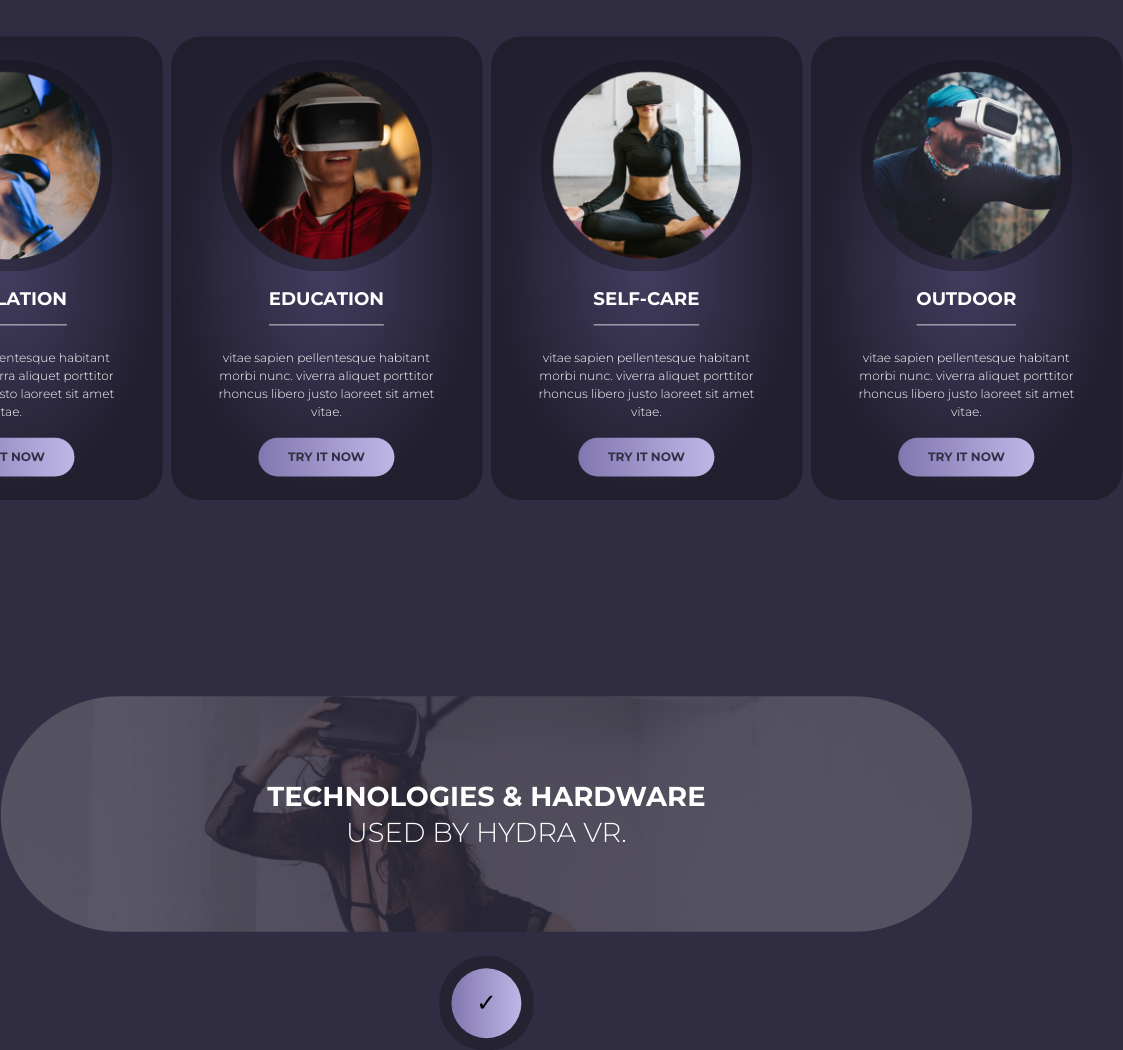
Repository: xMargi/Hydra-LandingPage
Page: index.html
An editor plug-in stored every save of this project. The page is shown before and after a run of saves, followed by the edit.
The browser window is 1280 px wide. The page is 1477 px wide, so the pictures cover 1477 px, including what lies to the right of the window. The pictures show the whole page, at 76% of full size.

Above is the page before, as saved 2023-06-07 21:14:24.

After the next 5 saves:
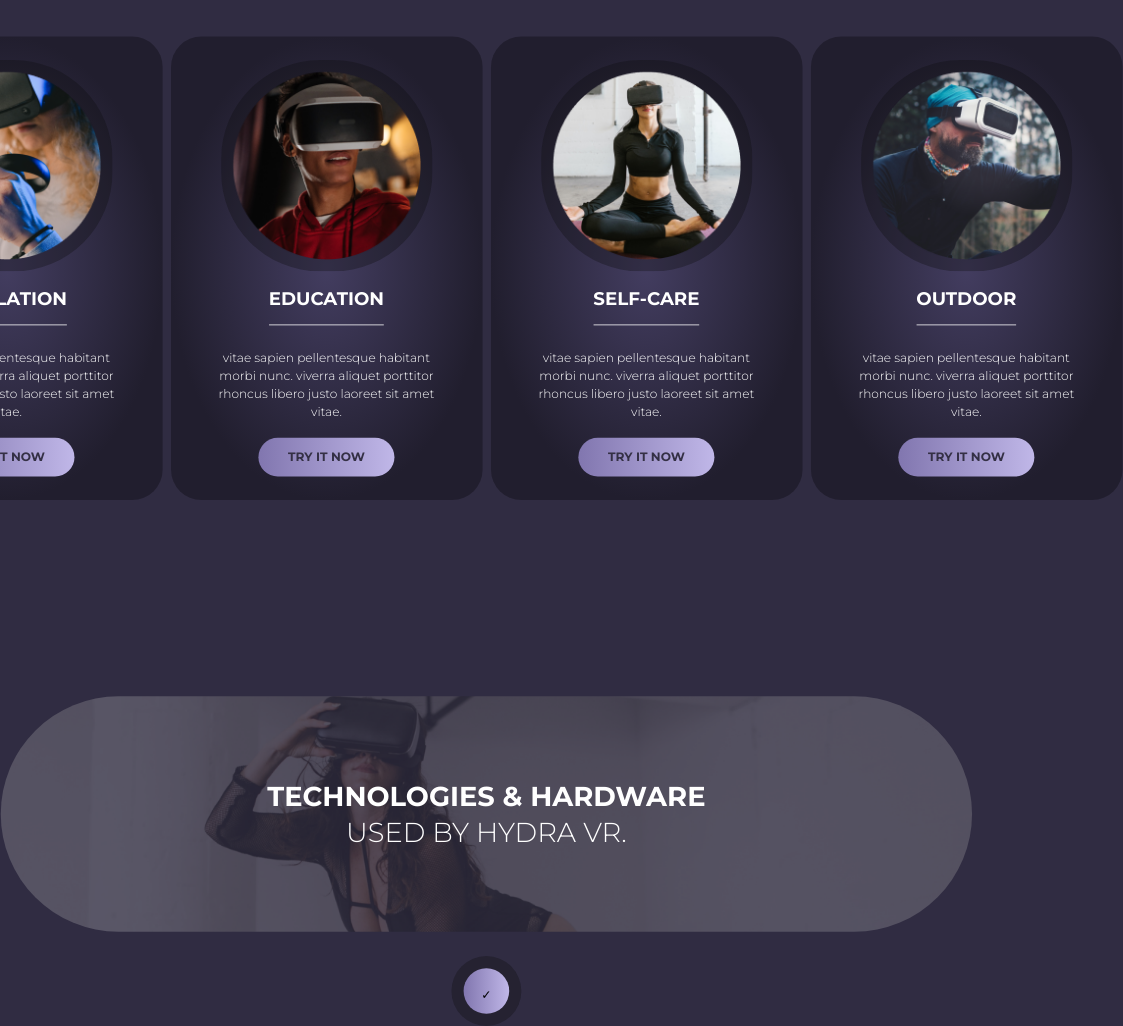
The 5 saves are shown as one change because they came seconds apart.
The last was saved 15 s later.
--- a/style.css
+++ b/style.css
@@ -135,9 +135,9 @@ body{
     background: var(--cor-button);
     padding: 1.5625rem;
     border-radius: 3.75rem;
-    font-size: 2rem;
-    width: 5.75rem;
-    height: 5.75rem;
+    font-size: 1rem;
+    width: 3.75rem;
+    height: 3.75rem;
     text-align: center;
     display: flex;
     justify-content: center;
